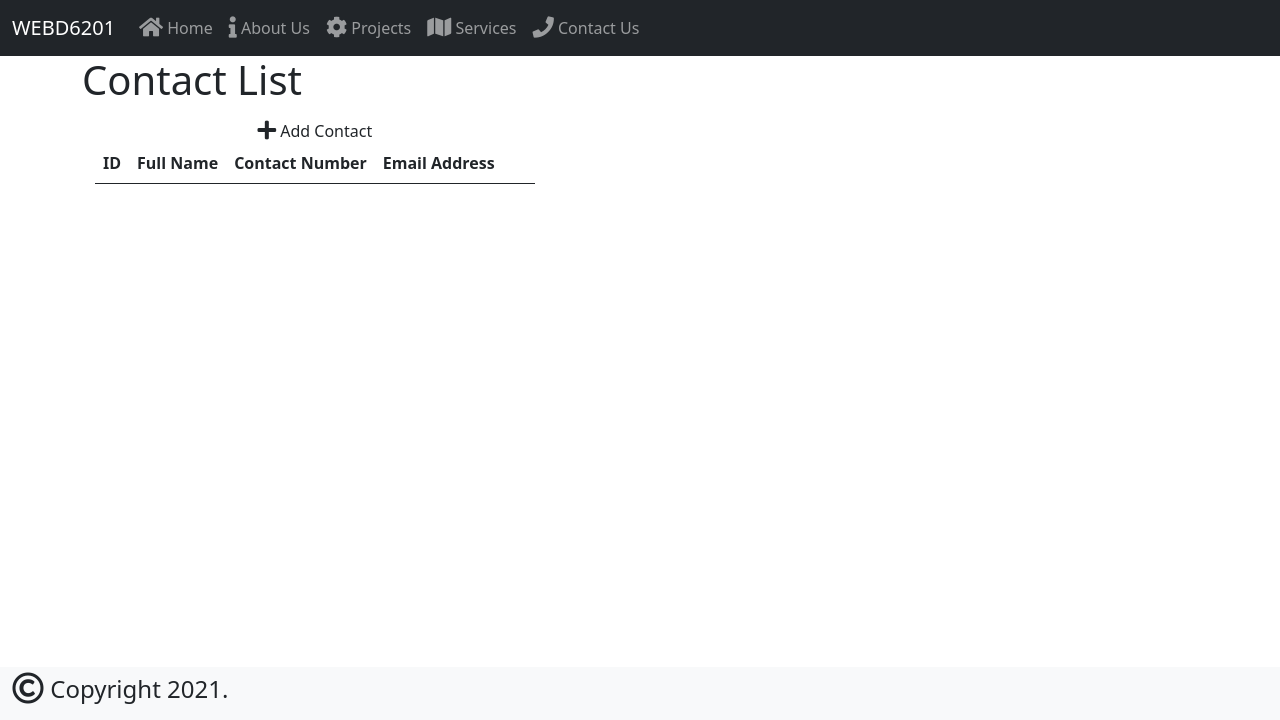
Repository: GarlicButterBoy/WEBD6201-ICE04
Page: contact-list.html
An editor plug-in stored every save of this project. The page is shown before and after the next save, followed by the edit.
The browser window is 1280 px wide. The pictures show the whole page.

Above is the page before, as saved 2021-02-10 09:21:57.

After the next save:
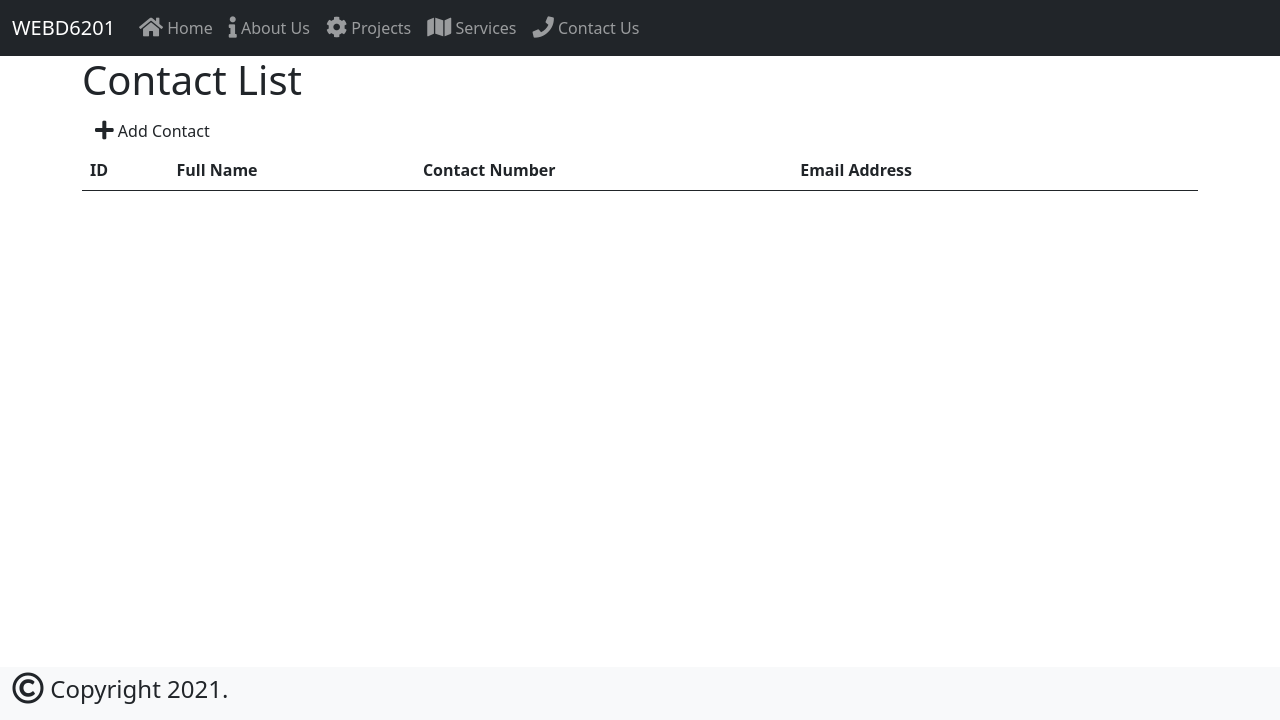
Saved 8 s later.
--- a/contact-list.html
+++ b/contact-list.html
@@ -53,7 +53,7 @@
         <div class="row">
           <div class="col">
 
-            <button class="btn" class="btn-primary btn-lg"><i class="fas fa-plus fa-lg"></i> Add Contact</>
+            <button class="btn" class="btn-primary btn-lg"><i class="fas fa-plus fa-lg"></i> Add Contact</button>
             <table class="table table-striped">
             <thead>
               <tr>
